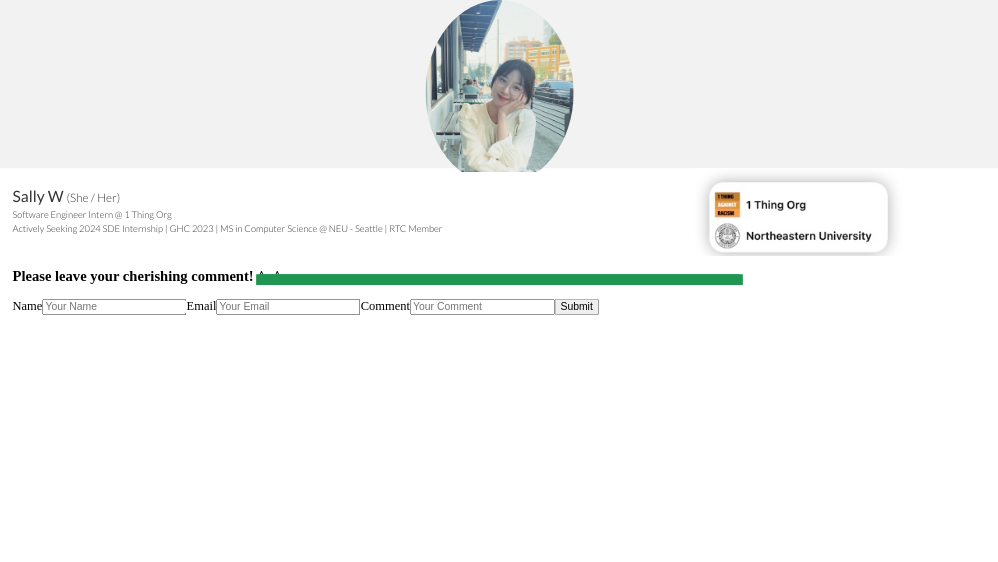
Repository: tianjiewang2022/digital-namecard
Page: recommendation_page.html
These files come from the project's save history. The page is drawn as it stood at one moment and after the next save; the edit follows.
The browser window is 1280 px wide. The pictures show the whole page, at 78% of full size.
Some web fonts or font styles are not loaded; a fallback is used.

Above is the page before, as saved 2023-10-16 00:00:12.

After the next save:
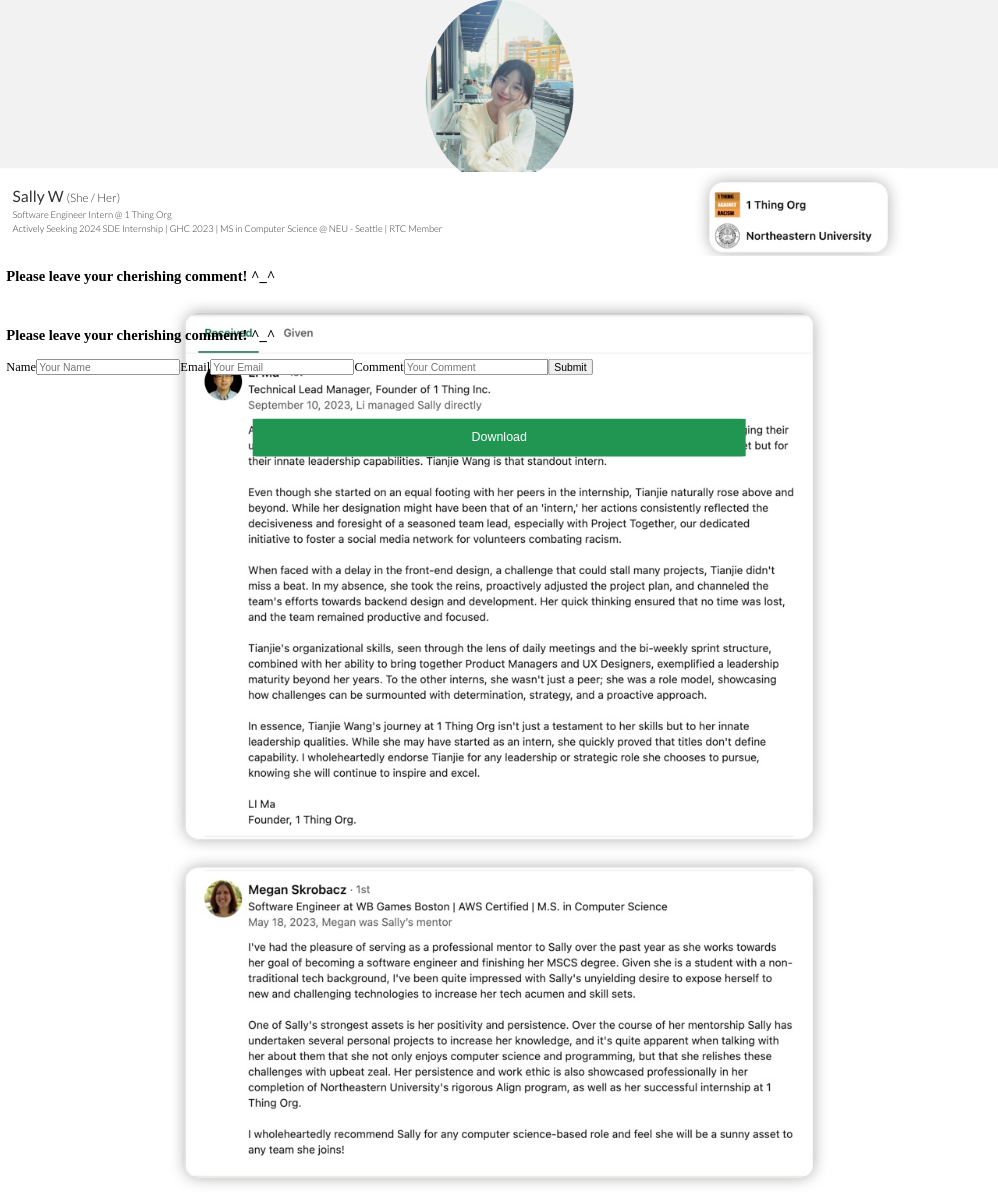
Saved 14 s later.
--- a/recommendation_page.html
+++ b/recommendation_page.html
@@ -37,41 +37,55 @@
             </div>
         </section>
         <section class="bg-color-white secondary-info">
+            <div class="container grid-container">
+                <h3>Please leave your cherishing comment! ^_^</h3>
+                <div class="grid-item">
+                    <img src="Recommendation_Manager.jpg" alt="Recommendation from Manager">
+                </div>
+                <div class="grid-item">
+                    <img src="Recommendation_Mentor.jpg" alt="Recommendation from Mentor">
+                </div>
+                <table>
+                    <!-- Your form table content here -->
+                </table>
+            </div>
+        </section>
+
+
+
+        <section class="bg-color-white secondary-info">
+            <div class="container table-container">
+                <h3>Please leave your cherishing comment! ^_^</h3>
+                <table>
+                    <label for="name">Name</label>
+                    <input type="text" id="name" name="name" placeholder="Your Name">
+
+                    <label for="email">Email</label>
+                    <input type="email" id="email" name="email" placeholder="Your Email">
+
+                    <label for="message">Comment</label>
+                    <input type="text" id="message" name="message" placeholder="Your Comment">
+
+                    <button type="submit">Submit</button>
+                </table>
+            </div>
+        </section>
+
+        <section class="bg-color-white bottom">
             <div class="container">
-
-                <section class="bg-color-white secondary-info">
-                    <div class="container table-container">
-                        <h3>Please leave your cherishing comment! ^_^</h3>
-                        <table>
-                            <label for="name">Name</label>
-                            <input type="text" id="name" name="name" placeholder="Your Name">
-
-                            <label for="email">Email</label>
-                            <input type="email" id="email" name="email" placeholder="Your Email">
-
-                            <label for="message">Comment</label>
-                            <input type="text" id="message" name="message" placeholder="Your Comment">
-
-                            <button type="submit">Submit</button>
-                        </table>
-                    </div>
-                </section>
-
-                <section class="bg-color-white bottom">
-                    <div class="container">
-                        <div class="row">
-                            <div class="col"></div>
-                            <div class="col is-5">
-                                <div class="button">
-                                    <a href="user.vcf">
-                                        <p class="button">Download</p>
-                                    </a>
-                                </div>
-                            </div>
-                            <div class="col"></div>
+                <div class="row">
+                    <div class="col"></div>
+                    <div class="col is-5">
+                        <div class="button">
+                            <a href="user.vcf">
+                                <p class="button">Download</p>
+                            </a>
                         </div>
                     </div>
-                </section>
+                    <div class="col"></div>
+                </div>
+            </div>
+        </section>
 
     </body>
 
